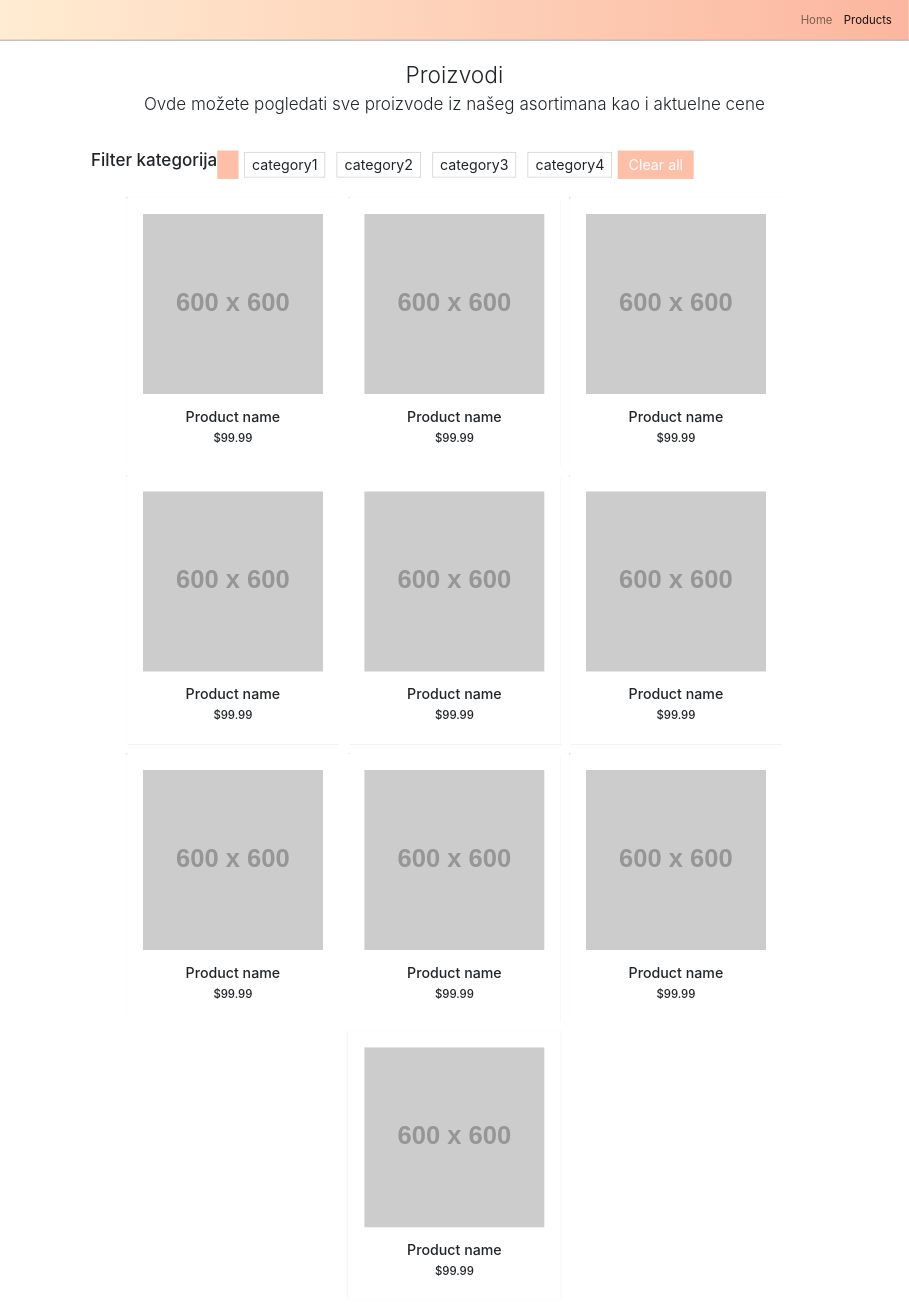
Repository: StevanFilipovic/TemplateForSinglepageWebsite
Page: products.html
These files come from the project's save history. The page is drawn as it stood at one moment and after the next save; the edit follows.
The browser window is 1280 px wide. The pictures show the whole page, at 71% of full size.
Some web libraries are served in a nearby version.

Above is the page before, as saved 2018-06-15 10:46:48.

### products.html
<!doctype html>
<html>
<head>
	<meta charset="utf-8">
	<title>One Page Scroll</title>
	<meta name="title" content="Website by Stevan" />
	<meta name="description" content="Proizvodi"/>
    <link rel="shortcut icon" id="favicon" href="">
    <meta name="viewport" content="initial-scale=1, width=device-width, maximum-scale=1, minimum-scale=1, user-scalable=no">
	<link href='http://fonts.googleapis.com/css?family=Open+Sans:300,400,700' rel='stylesheet' type='text/css'>
	<link href='http://fonts.googleapis.com/css?family=Pacifico:400' rel='stylesheet' type='text/css'>
	<script type="text/javascript" src="http://code.jquery.com/jquery-1.9.1.js"></script>
  <link href='products-page-style.css' rel='stylesheet' type='text/css'>
  <!-- Da bi koristili less potrebno je odkomentarisati donje dve linije i uraditi konverziju css-a i ubaciti u dole navedene fajlove -->
  <!-- <link rel="stylesheet/less" type="text/css" href="onepage-scrool.less" /> -->
  <!-- <link rel="stylesheet/less" type="text/css" href="styles.less" /> -->
  <!-- <script src="less.js" type="text/javascript"></script> -->
  <link rel="stylesheet" href="https://stackpath.bootstrapcdn.com/bootstrap/4.1.1/css/bootstrap.min.css" integrity="sha384-WskhaSGFgHYWDcbwN70/dfYBj47jz9qbsMId/iRN3ewGhXQFZCSftd1LZCfmhktB" crossorigin="anonymous">

<script>
    $(document).ready(function() {
  var $products = $('.grid-products'),
      $filters = $("#filters input[type='checkbox']"),
      product_filter = new ProductFilterLevel1($products, $filters);
  product_filter.init();
});

function ProductFilterLevel1(products, filters) {
  var _this = this;

  this.init = function() {
    this.products = products;
    this.filters = filters;
    this.bindEvents();
  };

  this.bindEvents = function() {
    this.filters.click(this.filterGridProducts);
    $('#none').click(this.removeAllFilters);
  };

  this.filterGridProducts = function() {
    _this.products.hide();
    var selectedFilters = _this.filters.filter(':checked');
    if (selectedFilters.length) {
      var selectedFiltersValues = [];
      selectedFilters.each(function() {
        var currentFilter = $(this);
        selectedFiltersValues.push("[data-" + currentFilter.attr('name') + "='" + currentFilter.val() + "']");
      });
      _this.products.filter(selectedFiltersValues.join(',')).show();
    } else {
      _this.products.show();
    }
  };

  this.removeAllFilters = function() {
    _this.filters.prop('checked', false);
    _this.products.show();
  }
}
</script>

</head>
<body>
        <div class="header">
                <nav class="navbar navbar-expand-lg navbar-light">
                  <!-- <a class="navbar-brand" href="#">Navbar</a> -->
                  <button class="navbar-toggler" type="button" data-toggle="collapse" data-target="#navbarNavDropdown" aria-controls="navbarNavDropdown" aria-expanded="false" aria-label="Toggle navigation">
                    <span class="navbar-toggler-icon"></span>
                  </button>
                  <div class="collapse navbar-collapse justify-content-end" id="navbarNavDropdown">
                    <ul class="navbar-nav">
                      <li class="nav-item ">
                        <a class="nav-link" href="index.html">Home </a>
                      </li>
                      <li class="nav-item active">
                        <a class="nav-link" href="products.html">Products<span class="sr-only">(current)</span></a>
                      </li>
                      </li>
                    </ul>
                  </div>
                </nav>
                </div>
<div class="intro-text">
    <h2>Proizvodi</h2>
    <h4>Ovde možete pogledati sve proizvode iz našeg asortimana kao i aktuelne cene</h4>
</div>
<div id="filters" class="products">
    <div class="filter-wrapper">
      <h4>Filter kategorija</h4>
        <input type="button" class="button-clear dugme">
      <label for="category1" class="filter-container">
          <input type="checkbox" name="colour" id="category1" value="category1" ><span class="filters-title">category1</span></input>
      </label>
    </input>
      <label class="filter-container"><input type="checkbox" name="colour" id="category2" value="category2"><span class="filters-title">category2</span></input></label>
      <label class="filter-container"><input type="checkbox" name="colour" id="category3" value="category3"><span class="filters-title">category3</span></input></label>
      <label class="filter-container"><input type="checkbox" name="colour" id="category4" value="category4"><span class="filters-title">category4</span></input></label>
    </div>
    <div>
      <input class="button-clear dugme" type="button" id="none" value="Clear all"></input>
    </div>
  </div>

          <section class="products">
                <div class="product-card grid-products" data-colour="category1">
                    <div class="product-image">
                        <img src="http://via.placeholder.com/600x600">
                    </div>
                    <div class="product-info">
                        <h5>Product name</h5>
                        <h6>$99.99</h6>
                    </div>
                </div>

                <div class="product-card grid-products" data-colour="category1">
                    <div class="product-image">
                        <img src="http://via.placeholder.com/600x600">
                    </div>
                    <div class="product-info">
                        <h5>Product name</h5>
                        <h6>$99.99</h6>
                    </div>
                </div>

                <div class="product-card grid-products" data-colour="category2">
                    <div class="product-image">
                        <img src="http://via.placeholder.com/600x600">
                    </div>
                    <div class="product-info">
                        <h5>Product name</h5>
                        <h6>$99.99</h6>
                    </div>
                </div>

                <div class="product-card grid-products" data-colour="category2">
                    <div class="product-image">
                        <img src="http://via.placeholder.com/600x600">
                    </div>
                    <div class="product-info">
                        <h5>Product name</h5>
                        <h6>$99.99</h6>
                    </div>
                </div>

                <div class="product-card grid-products" data-colour="category3">
                    <div class="product-image">
                        <img src="http://via.placeholder.com/600x600">
                    </div>
                    <div class="product-info">
                        <h5>Product name</h5>
                        <h6>$99.99</h6>
                    </div>
                </div>

                <div class="product-card grid-products" data-colour="category3">
                    <div class="product-image">
                        <img src="http://via.placeholder.com/600x600">
                    </div>
                    <div class="product-info">
                        <h5>Product name</h5>
                        <h6>$99.99</h6>
                    </div>
                </div>

                <div class="product-card grid-products" data-colour="category3">
                    <div class="product-image">
                        <img src="http://via.placeholder.com/600x600">
                    </div>
                    <div class="product-info">
                        <h5>Product name</h5>
                        <h6>$99.99</h6>
                    </div>
                </div>

                <div class="product-card grid-products" data-colour="category4">
                    <div class="product-image">
                        <img src="http://via.placeholder.com/600x600">
                    </div>
                    <div class="product-info">
                        <h5>Product name</h5>
                        <h6>$99.99</h6>
                    </div>
                </div>

                <div class="product-card grid-products" data-colour="category4">
                    <div class="product-image">
                        <img src="http://via.placeholder.com/600x600">
                    </div>
                    <div class="product-info">
                        <h5>Product name</h5>
                        <h6>$99.99</h6>
                    </div>
                </div>

                <div class="product-card grid-products" data-colour="category4">
                    <div class="product-image">
                        <img src="http://via.placeholder.com/600x600">
                    </div>
                    <div class="product-info">
                        <h5>Product name</h5>
                        <h6>$99.99</h6>
                    </div>
                </div>

            </section>

</body>
</html>

### products-page-style.css
.header{
    background-image: linear-gradient(to right, #ffecd2 0%, #fcb69f 100%);
    border-bottom: 1px solid gray;
}
.intro-text{
  margin: 30px auto 50px;
}
.intro-text h2, .intro-text h4{
  text-align: center;
    font-weight: 300;
}
.products {
	display: flex;
    flex-wrap: wrap;
    width: 90%;
    margin: auto;
    justify-content: center;
}
#filters{
  margin-bottom: 20px;
  justify-content: start;
  width: 80%;
}

.product-card {
	display: flex;
	flex-direction: column;
    max-width: 300px;
	padding: 2%;
  /* flex: 1 16%; */
  margin: 6px;

	background-color: #FFF;
	box-shadow: 0px 0px 1px 0px rgba(0,0,0,0.25);
}

.product-image img {
	width: 100%;
}

.product-info {
	margin-top: auto;
	padding-top: 20px;
	text-align: center;
}

@media ( max-width: 920px ) {

	/* .product-card {
		flex: 1 21%;
	} */

	/* .products .product-card:first-child,
	.products .product-card:nth-child(2) {
		flex: 2 46%;
	} */

}

@media ( max-width: 600px ) {

	/* .product-card {
		flex: 1 46%;
	} */

}

@media ( max-width: 480px ) {

	h1 {
		margin-bottom: 20px;
	}

	.product-filter {
		flex-direction: column;
	}

	.sort {
		align-self: flex-start;
	}

}


/* Checkmark */

/* Customize the label (the container) */
.filter-container {
    display: block;
    position: relative;
    margin: auto 8px;
    cursor: pointer;
    font-size: 20px;
    -webkit-user-select: none;
    -moz-user-select: none;
    -ms-user-select: none;
    user-select: none;
    border: 1px solid #cccccc;
    padding: 2px 10px;
  }


.filter-category{
  border: 1px solid #cccccc;
  padding: 2px 10px;
  margin: auto 8px;
}

.dugme:focus{
  background: blue;
}

input:focus + label,
input:active + label {
  background: red;
}


  /* Hide the browser's default checkbox */
  .filter-container input {
    position: absolute;
    opacity: 0;
    cursor: pointer;
  }

  /* Create a custom checkbox */
  .checkmark {
    position: absolute;
    top: 0;
    left: 0;
    height: 30px;
    width: 30px;
    background-color: #eee;
    display: none;
  }

  /* On mouse-over, add a grey background color */
  .filter-container:hover input ~ .checkmark {
    background-color: #ccc;
  }

  /* When the checkbox is checked, add a blue background */
  .filter-container input:checked ~ .checkmark {
    background-color: #fdbfa7;
  }

  /* Create the checkmark/indicator (hidden when not checked) */
  .checkmark:after {
    content: "";
    position: absolute;
    display: none;
  }

  /* Show the checkmark when checked */
  .filter-container input:checked ~ .checkmark:after {
    display: block;
  }

  /* Style the checkmark/indicator */
  .filter-container .checkmark:after {
    left: 9px;
    top: 5px;
    width: 10px;
    height: 15px;
    border: solid white;
    border-width: 0 3px 3px 0;
    -webkit-transform: rotate(45deg);
    -ms-transform: rotate(45deg);
    transform: rotate(45deg);
  }

  .filter-wrapper{
      display: contents;
      margin-bottom: 15px;
  }

  .button-clear{
    background: #FDBFA7;
    font-size: 20px;
    color: white;
    border-style: none;
    cursor: pointer;
    padding: 5px 15px;
  }

After the next save:
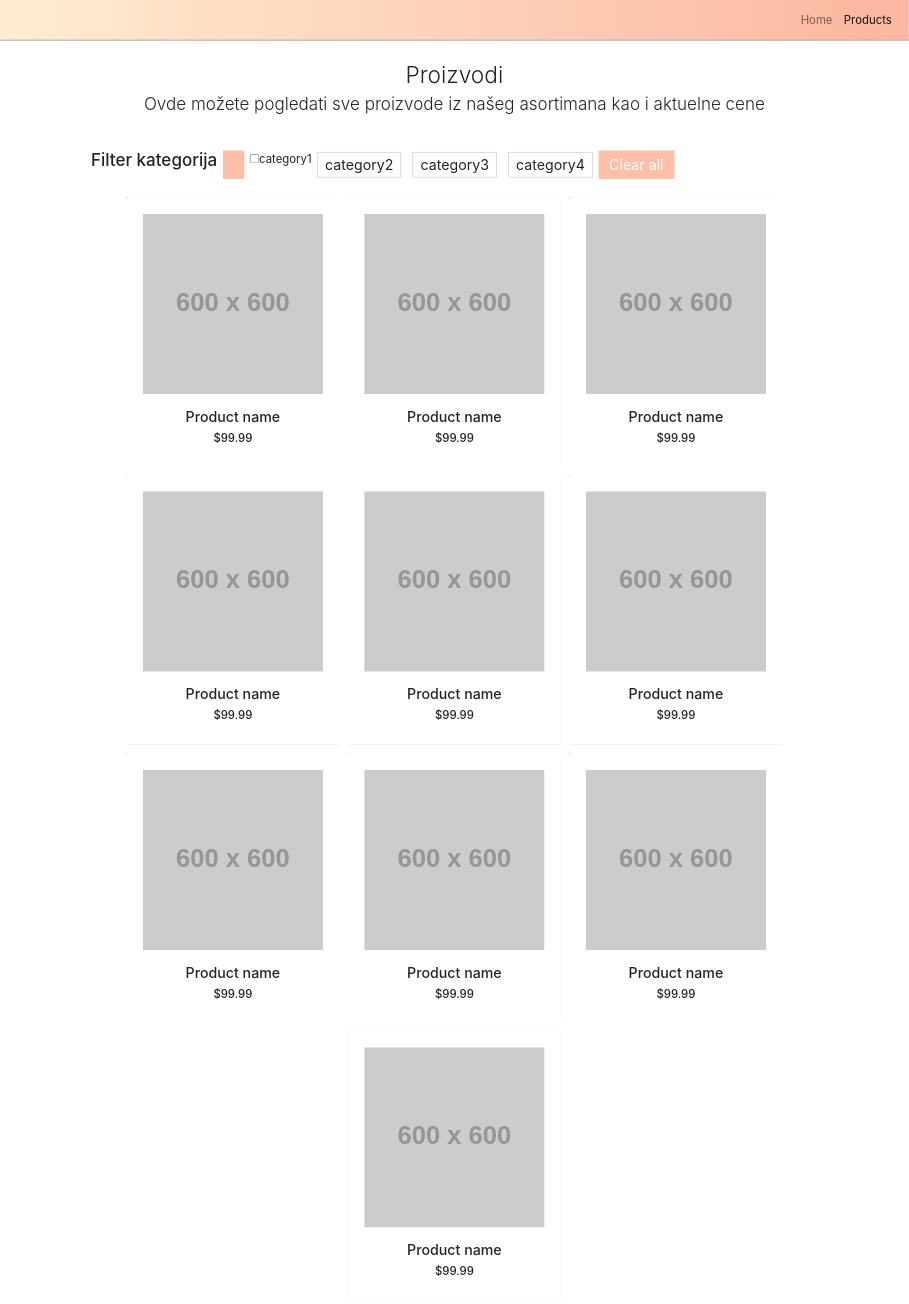
Saved 25 s later.
--- a/products.html
+++ b/products.html
@@ -89,8 +89,8 @@ function ProductFilterLevel1(products, filters) {
 <div id="filters" class="products">
     <div class="filter-wrapper">
       <h4>Filter kategorija</h4>
-        <input type="button" class="button-clear dugme">
-      <label for="category1" class="filter-container">
+        <input type="button" class="filter-container button-clear dugme">
+      <label >
           <input type="checkbox" name="colour" id="category1" value="category1" ><span class="filters-title">category1</span></input>
       </label>
     </input>
